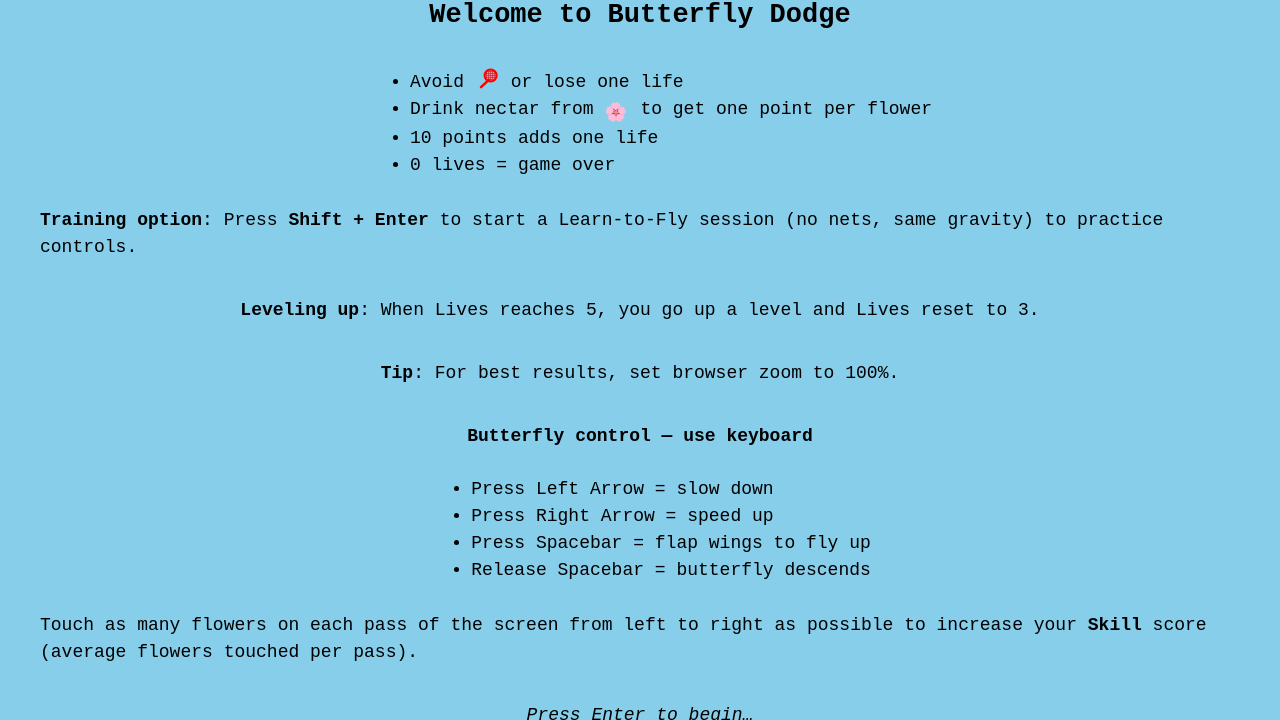
Repository: DeepFriedTurkey441/butterfly_dodge
Page: index.html
The author's editor kept a copy of each file at every save. The page is drawn from the files as they stood at one save, then again after the next save.
The browser window is 1280 px wide. The pictures show the whole page.
An inner scrolling area shows only its first screen.

Above is the page before, as saved 2025-09-01 13:37:26.

After the next save:
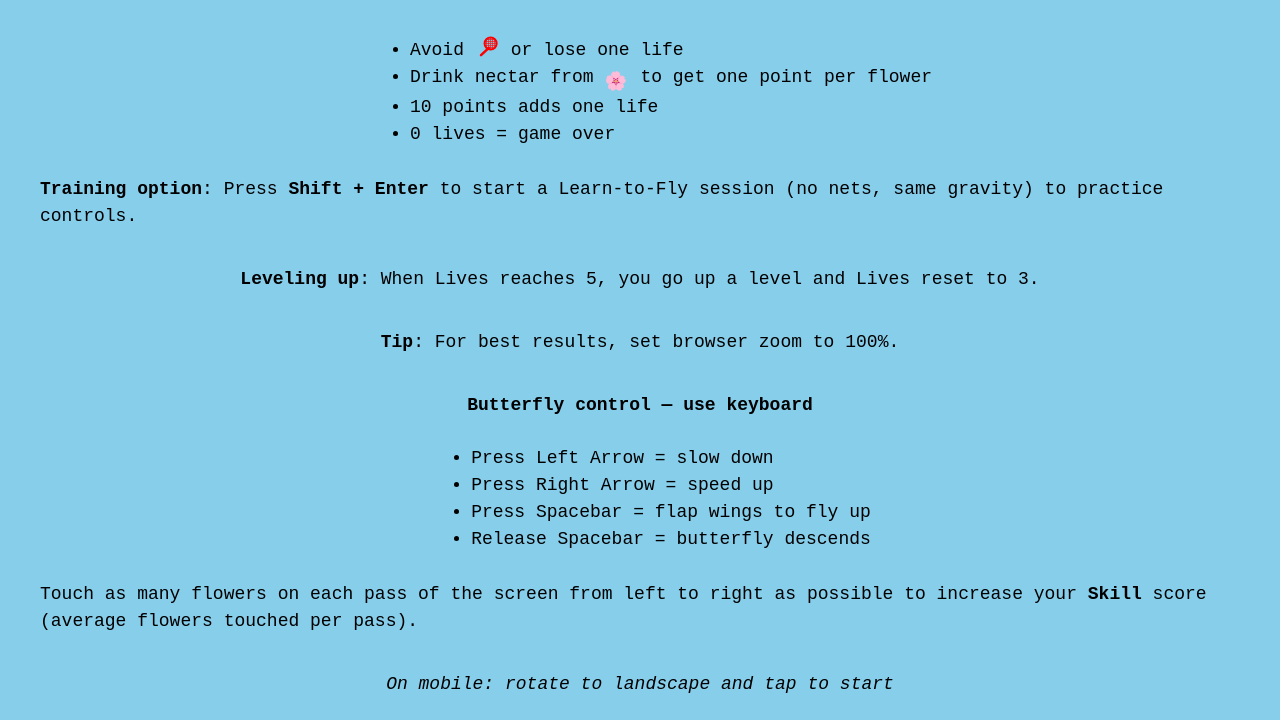
Saved 7 s later.
--- a/index.html
+++ b/index.html
@@ -19,7 +19,7 @@
     <div class="cloud cloud-puff"    style="top:72%; left:-50%; animation-duration: 80s;"></div>
   </div>
   <!-- Instructions screen (visible on first load only) -->
-  <div id="instructions">
+  <div id="instructions" role="dialog" aria-modal="true">
     <h2>Welcome to Butterfly Dodge</h2>
     <ul class="intro-bullets">
       <li>Avoid
@@ -63,7 +63,8 @@
     </ul>
 
     <p>Touch as many flowers on each pass of the screen from left to right as possible to increase your <strong>Skill</strong> score (average flowers touched per pass).</p>
-    <p><em>Press Enter to begin…</em></p>
+    <p class="mobile-hint"><em>On mobile: rotate to landscape and tap to start</em></p>
+    <p class="desktop-hint"><em>On desktop: Press Enter to begin…</em></p>
   </div>
 
   <!-- Game UI (hidden until game starts) -->

After the save that followed:
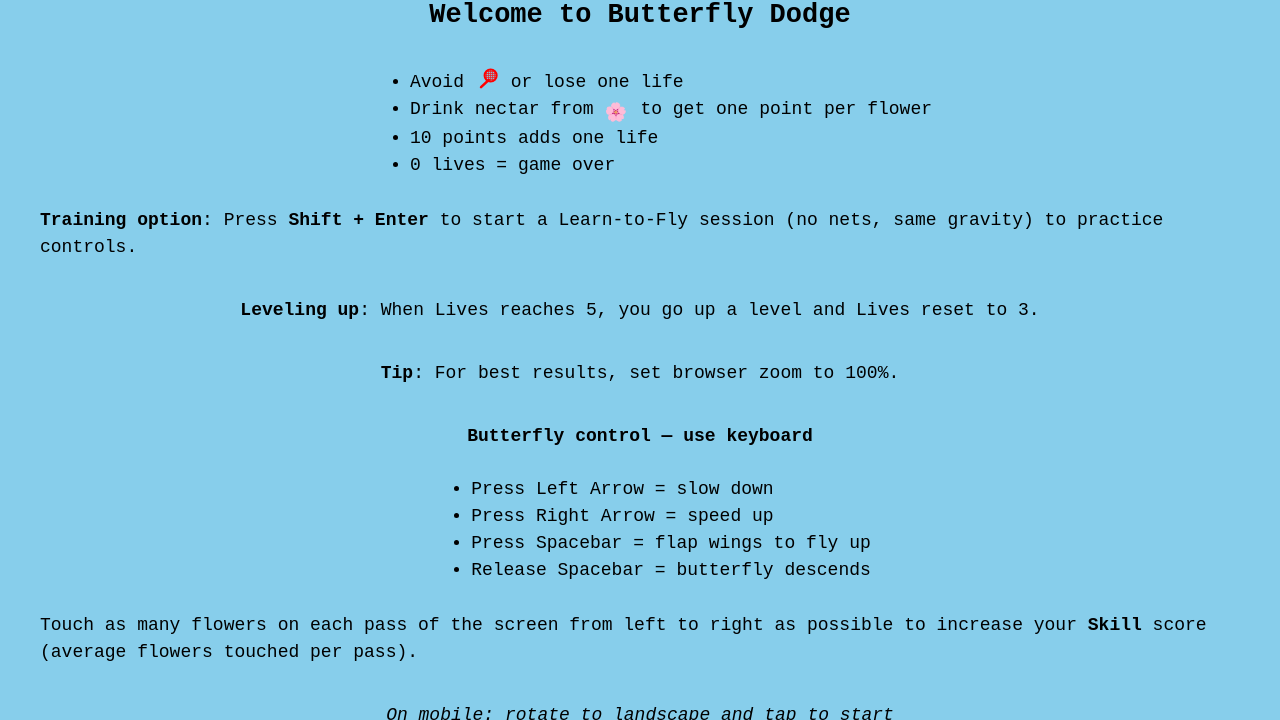
Saved 6 s later.
--- a/style.css
+++ b/style.css
@@ -29,6 +29,13 @@ body {
   overflow: auto; /* allow scroll at extreme zoom */
 }
 
+.mobile-hint { display: none; }
+.desktop-hint { display: block; }
+@media (pointer: coarse), (hover: none) {
+  .mobile-hint { display: block; }
+  .desktop-hint { display: none; }
+}
+
 .intro-bullets { margin: 8px 0 10px 22px; }
 .ico { display:inline-block; width:1.4em; height:1.4em; vertical-align:-0.25em; }
 .ico svg { width:100%; height:100%; display:block; }
